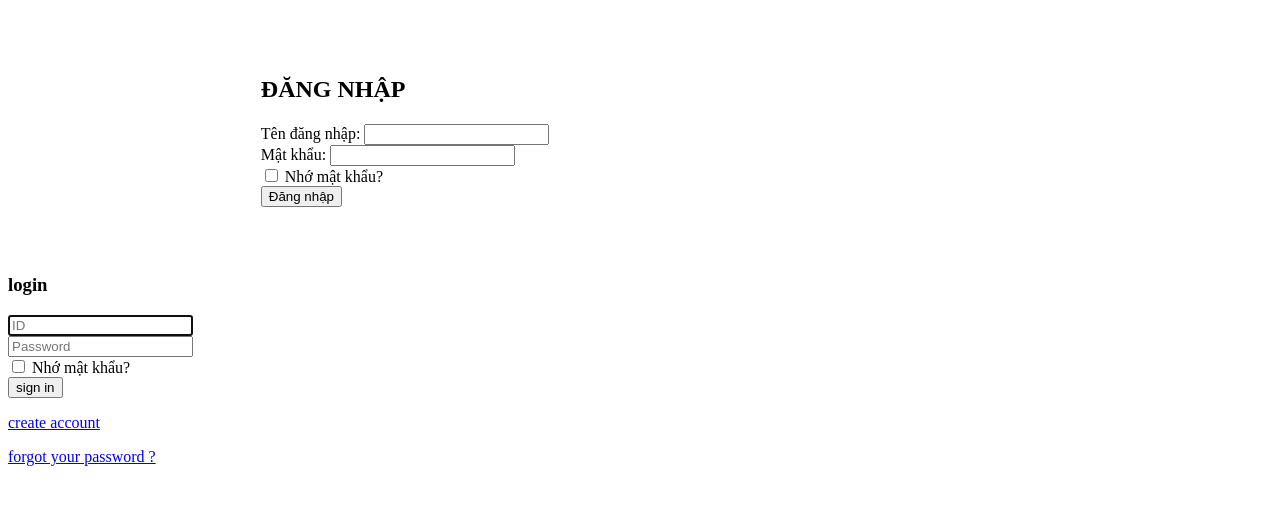
Repository: nguyengiabao245/NHOM3_C2
Page: http://localhost/DoAnJava/WEB-INF/views/account/login.jsp
An editor plug-in stored every save of this project. The page is shown before and after the next save, followed by the edit.
The browser window is 1280 px wide. The pictures show the whole page.
The page is served by Tomcat 9. Nobody is signed in. The template is opened directly, without the code that normally fills it, so the values that code supplies are empty.

Above is the page before, as saved 2022-05-15 10:55:14.

After the next save:
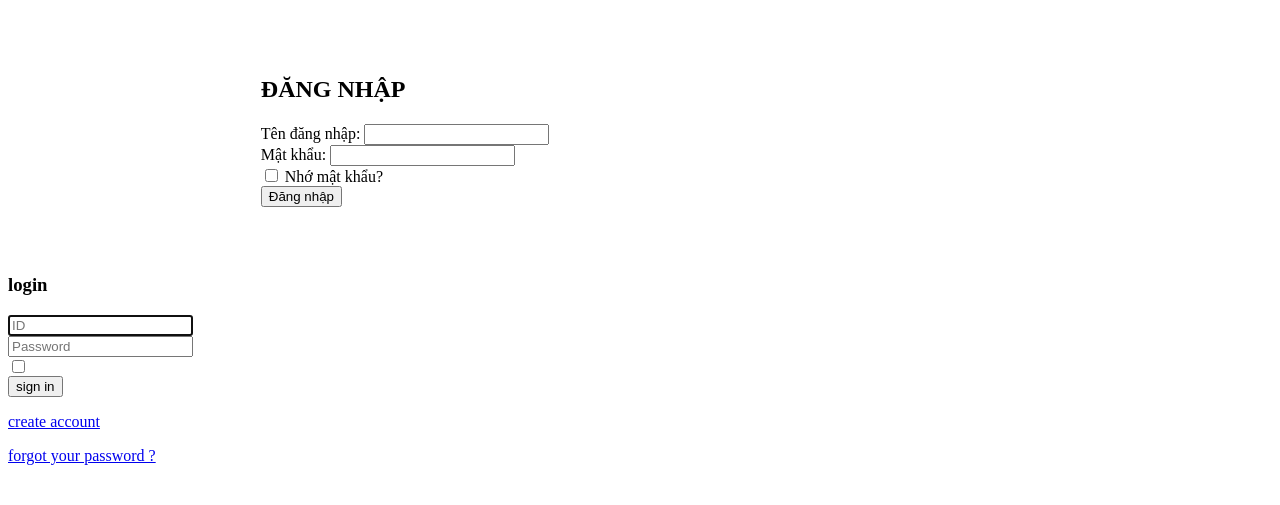
Saved 37 s later.
--- a/DoAnJava/src/main/webapp/WEB-INF/views/account/login.jsp
+++ b/DoAnJava/src/main/webapp/WEB-INF/views/account/login.jsp
@@ -39,7 +39,7 @@
                 <input class="form-control" name="pw" type="password" value="${pwd}" placeholder="Password"  required>
                             </div>
             <div class="frm-item">
-                            <input name="rm" type="checkbox" /> <label>Nhớ mật khẩu?</label>
+                            <input name="rm" type="checkbox" /> <pNhớ mật khẩu?/>
                             </div>
             <div class="frm-item">
                 <button type="submit" class="userauth__btn">sign in</button>
